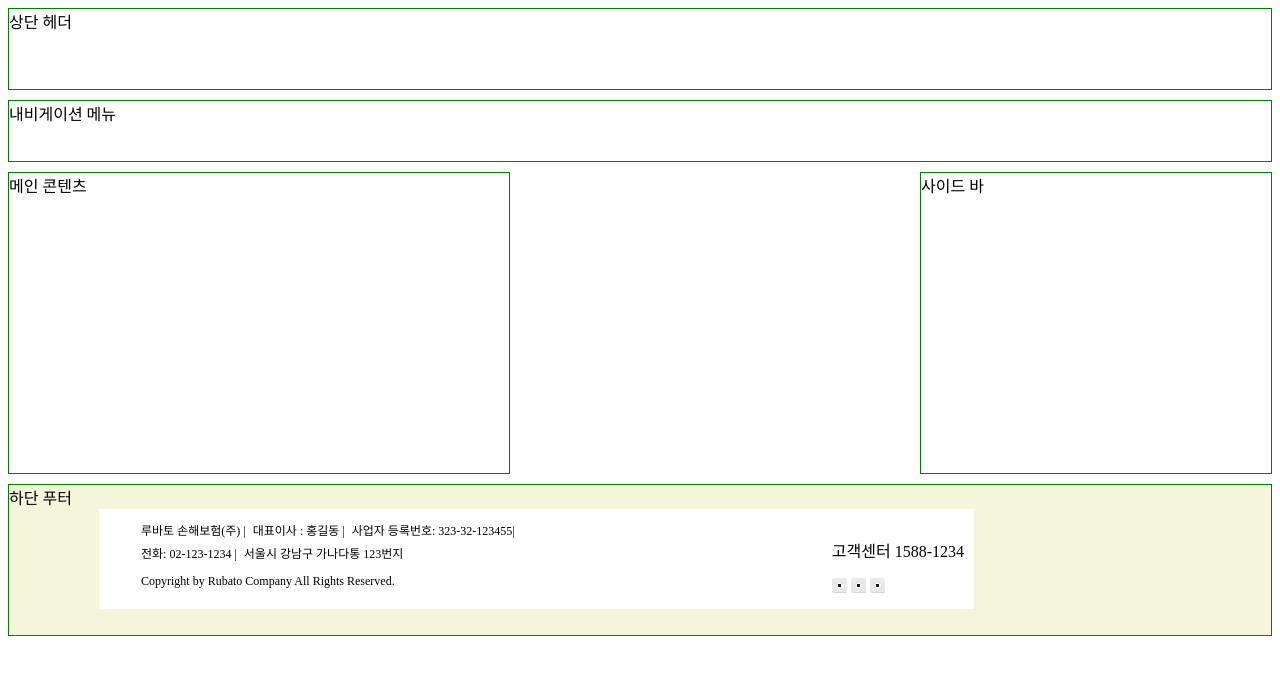
Repository: woosungtae/html_css
Page: pro01/public/a3.html
An editor plug-in stored every save of this project. The page is shown before and after the next save, followed by the edit.
The browser window is 1280 px wide. The pictures show the whole page.

Above is the page before, as saved 2022-12-14 05:44:19.

### pro01/public/a3.html
<!DOCTYPE html>
<html lang="en">
<head>
<meta charset="UTF-8">
<title>3번시험</title>
<style>
    header {
    border : 1px solid green;
    height: 80px;
    margin-bottom: 10px;
        }
   #address {
    width: 600px;
    font-size: 12px;
      }
   #address ul {
    list-style-type :none;
    float: left;
    margin-bottom : 0;
        }
   #address li {
     display: inline;
     padding: 2px;
        }
    #customer {
     float: right;
     margin-top:-40px;
     margin-right: 10px;

        }
     nav {
      border : 1px solid green;
      height: 60px;
      margin-bottom: 10px;
        }
   .content {
      display: inline;
      height: 300px;
        }
    section {
      border: 1px solid green;
      height: 300px;
      width: 500px;
      float: left;
      margin-right: 20px;
      margin-bottom: 10px;
        }
    aside {
     border: 1px solid green;
     height: 300px;
     width: 350px;
     float: right;
        }
    footer {
     border: 1px solid green;
     height: 150px;
     clear: both;
     background-color: beige;
      }
    #contain{
    width: 875px;
    height: 100px;
    display: inline-block;
    background-color:white;
    margin-left: 90px;
        }
   #sec1{
    margin-top:5px;
        }



    </style>
</head>
<body>
    <header>
      <div>상단 헤더</div>
    </header>
    <nav>
       <div>내비게이션 메뉴</div>
    </nav>
    <div id="content">
        <section>
         <div>메인 콘텐츠</div>
        </section>
        <aside>
            <div>사이드 바</div>
        </aside>
    </div>
    <footer>
        <div>
           하단 푸터
        </div>
        <div id="contain">
            <div id="address">
                <ul>
                    <li> 루바토 손해보험(주) |   </li>
                    <li>대표이사 : 홍길동 |</li>
                    <li>사업자 등록번호: 323-32-123455|</li>
                </ul>
                <ul id="sec1">
                    <li>전화: 02-123-1234 |</li>
                    <li>서울시 강남구 가나다통 123번지</li>

                </ul>
                <ul>
                    <li>Copyright by Rubato Company All Rights Reserved.</li>
                </ul>

            </div>
            <div id="customer">
               <p>고객센터 1588-1234</p>
                <img src="images/dot.png">
                <img src="images/dot.png">
                <img src="images/dot.png">
            </div>
        </div>
    </footer>
</body>
</html>

After the next save:
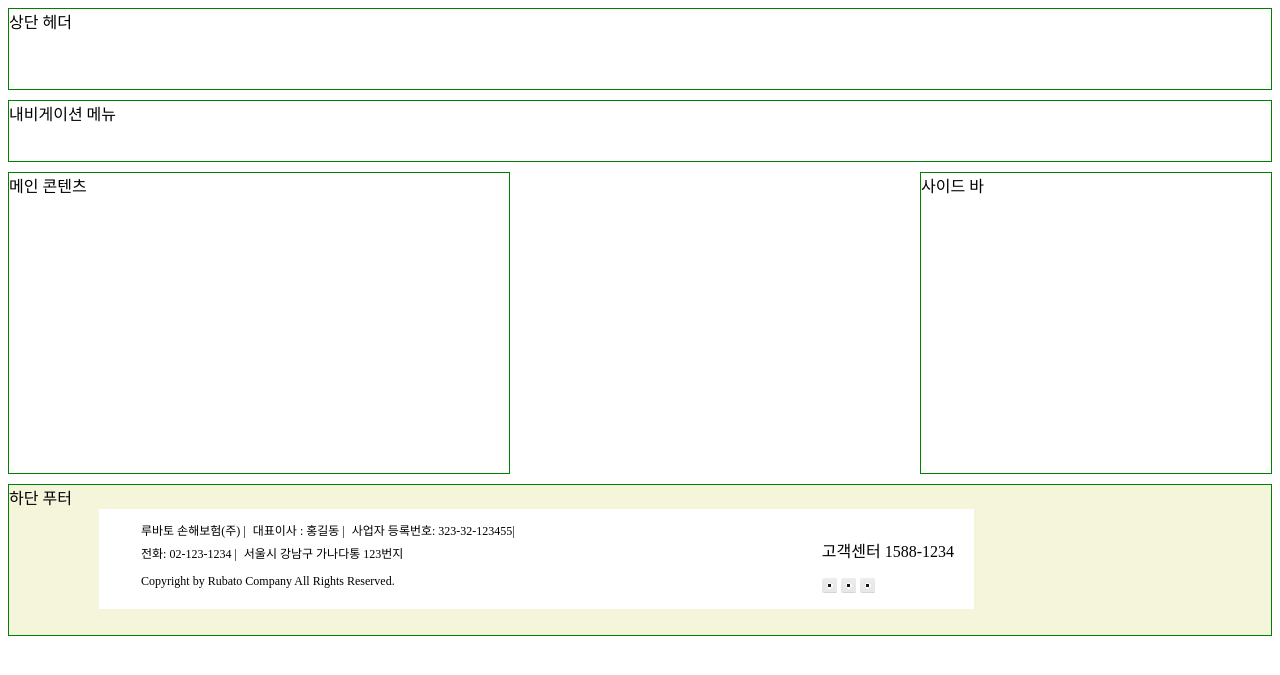
Saved 5 s later.
--- a/pro01/public/a3.html
+++ b/pro01/public/a3.html
@@ -25,7 +25,7 @@
     #customer {
      float: right;
      margin-top:-40px;
-     margin-right: 10px;
+     margin-right:20px;
 
         }
      nav {
